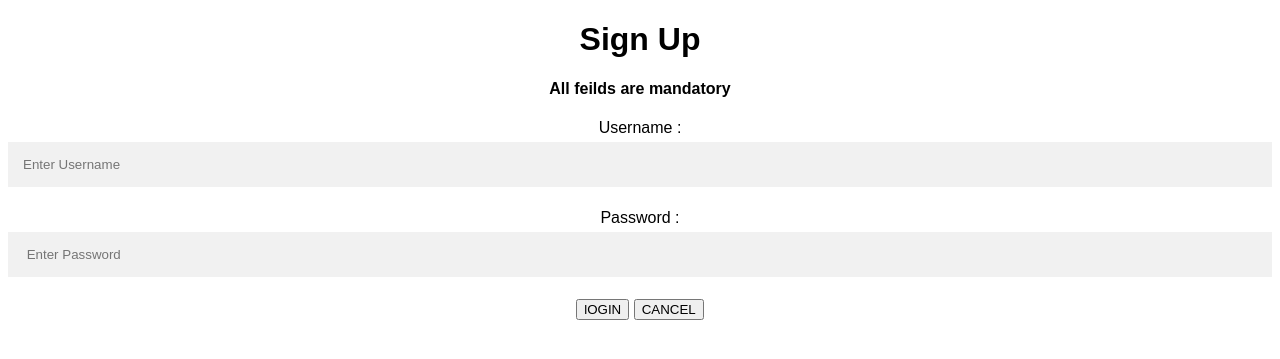
Repository: jchowdapurkar/Java-Project
Page: http://localhost/Registration/Login.jsp
The author's editor kept a copy of each file at every save. The page is drawn from the files as they stood at one save, then again after the next save.
The browser window is 1280 px wide. The pictures show the whole page.
The page is served by Tomcat 9. Other server files are loaded and not shown.

Above is the page before, as saved 2018-07-16 18:56:37.

### Task Jsp/Registration/WebContent/Login.jsp
<%@ page language="java" contentType="text/html; charset=ISO-8859-1"
    pageEncoding="ISO-8859-1"%>
<!DOCTYPE html PUBLIC "-//W3C//DTD HTML 4.01 Transitional//EN" "http://www.w3.org/TR/html4/loose.dtd">
<html>
<style>
body {font-family: Arial, Helvetica, sans-serif;}
* {box-sizing: border-box}

/* Full-width input fields */
input[type=text], input[type=password] {
    width: 100%;
    padding: 15px;
    margin: 5px 0 22px 0;
    display: inline-block;
    border: none;
    background: #f1f1f1;
}


input[type=text]:focus, input[type=password]:focus {
    background-color: orange;
    outline: none;
}

hr {
    border: 1px solid #f1f1f1;
    margin-bottom: 25px;
}

/* Set a style for all buttons */
button {
    background-color: green;
    color: white;
    padding: 14px 20px;
    margin: 8px 0;
    border: none;
    cursor: pointer;
    width: 10%;
    opacity: 0.9;
}

button:hover {
    opacity:0.5;
}

/* Extra styles for the cancel button */
.cancelbtn {
    padding: 14px 20px;
    background-color: red;
}

/* Float cancel and signup buttons and add an equal width */
.cancelbtn, .signupbtn {
  float: left;
  width: 50%;
}

// Add padding to container elements //
.container {
    padding: 16px;
}

/* Clear floats */
.clearfix::after {
    content: "";
    clear: both;
    display: table;
}

/* Change styles for cancel button and signup button on extra small screens */
@media screen and (max-width: 50px) {
    .cancelbtn, .signupbtn {
       width: 10%;
    }
}
</style>
<head>
<meta http-equiv="Content-Type" content="text/html; charset=ISO-8859-1">
<title>LOGIN HERE</title>
</head>
<body>
<div align="center">
<form action = "Login" method ="post">
<h1>Sign Up</h1>
<h4>All feilds are mandatory</h4>
Username : <input type ="text" placeholder = "Enter Username" name = "username" required="required">
Password : <input type ="password" placeholder = " Enter Password" name = "password"  required="required">

<input type = "submit" value = "lOGIN">
<input type = "submit" value = "CANCEL">



</form>
</div>

</body>
</html>

After the next save:
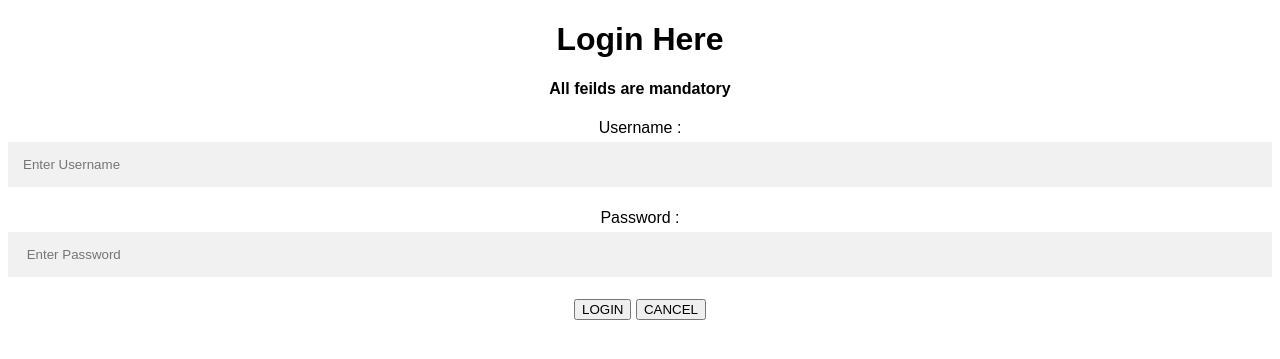
Saved 60 s later.
--- a/Task Jsp/Registration/WebContent/Login.jsp
+++ b/Task Jsp/Registration/WebContent/Login.jsp
@@ -76,17 +76,17 @@ button:hover {
 </style>
 <head>
 <meta http-equiv="Content-Type" content="text/html; charset=ISO-8859-1">
-<title>LOGIN HERE</title>
+<title>LOGIN</title>
 </head>
 <body>
 <div align="center">
 <form action = "Login" method ="post">
-<h1>Sign Up</h1>
+<h1>Login Here</h1>
 <h4>All feilds are mandatory</h4>
 Username : <input type ="text" placeholder = "Enter Username" name = "username" required="required">
 Password : <input type ="password" placeholder = " Enter Password" name = "password"  required="required">
 
-<input type = "submit" value = "lOGIN">
+<input type = "submit" value = "LOGIN">
 <input type = "submit" value = "CANCEL">
 
 
